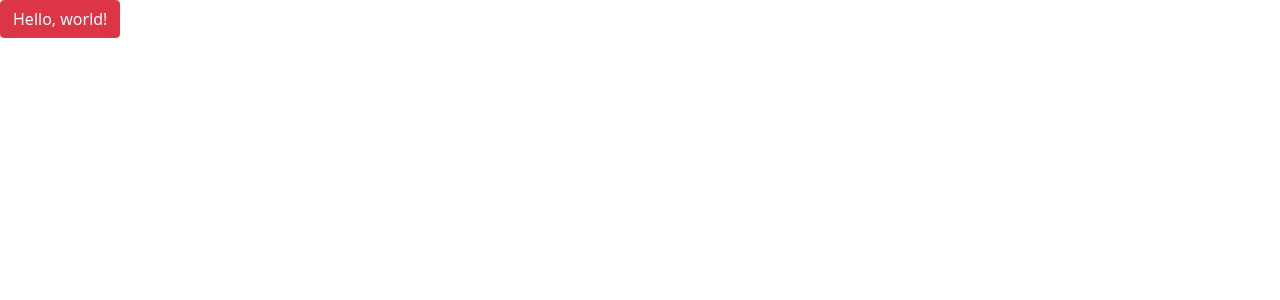
Repository: mobey3/JspProject
Page: http://localhost/JS_JSP/
These files come from the project's save history. The page is drawn as it stood at one moment and after the next save; the edit follows.
The browser window is 1280 px wide. The pictures show the whole page.
The page is served by Tomcat 9.

Above is the page before, as saved 2021-07-20 01:27:42.

After the next save:
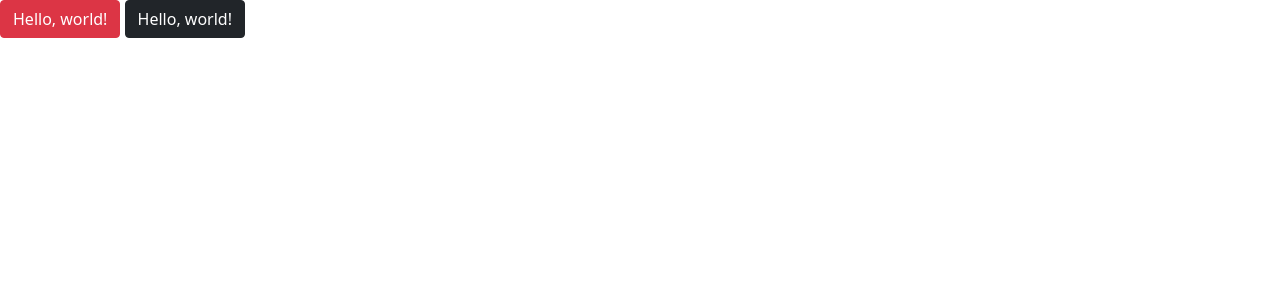
Saved 4 min 29 s later.
--- a/0720/JS_JSP/src/main/webapp/index.jsp
+++ b/0720/JS_JSP/src/main/webapp/index.jsp
@@ -13,8 +13,8 @@
     <title>Hello, world!</title>
   </head>
   <body>
-    <h1 class="btn btn-danger">Hello, world!</h1>
-
+    <h1 id = "Hello" class="btn btn-danger">Hello, world!</h1>
+    <h1 id="Bye" class="btn btn-dark">Hello, world!</h1>
     <!-- Optional JavaScript; choose one of the two! -->
 
     <!-- Option 1: Bootstrap Bundle with Popper -->
